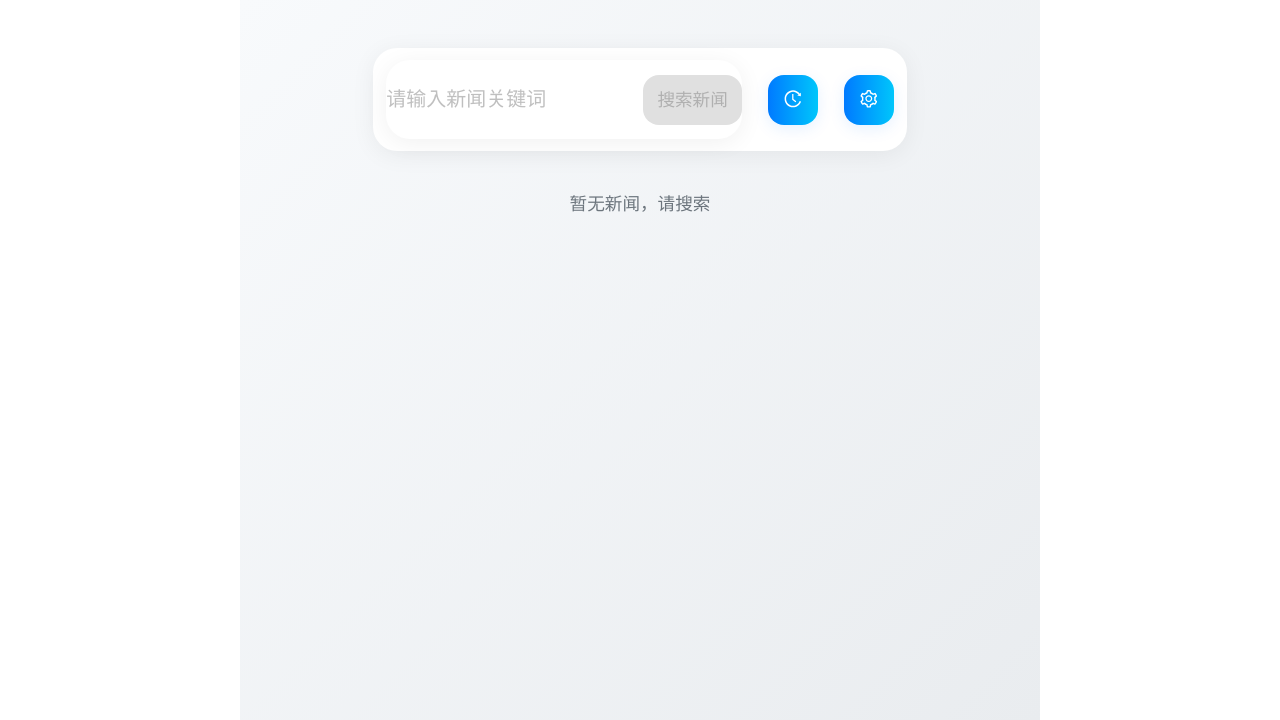
Repository: XJN7197/NewsAssistantBaseMCP
Page: / (app in frontend/)
The author's editor kept a copy of each file at every save. The page is drawn from the files as they stood at one save, then again after the next save.
The browser window is 1280 px wide. The pictures show the whole page.
The project was rebuilt for these pictures with package versions that can differ from the ones it lists, and the page was loaded fresh each time. Also part of the build but not shown: frontend/vite.config.ts, frontend/src/components/NewsCard.tsx.

Above is the page before, as saved 2025-05-25 19:56:31.

After the next save:
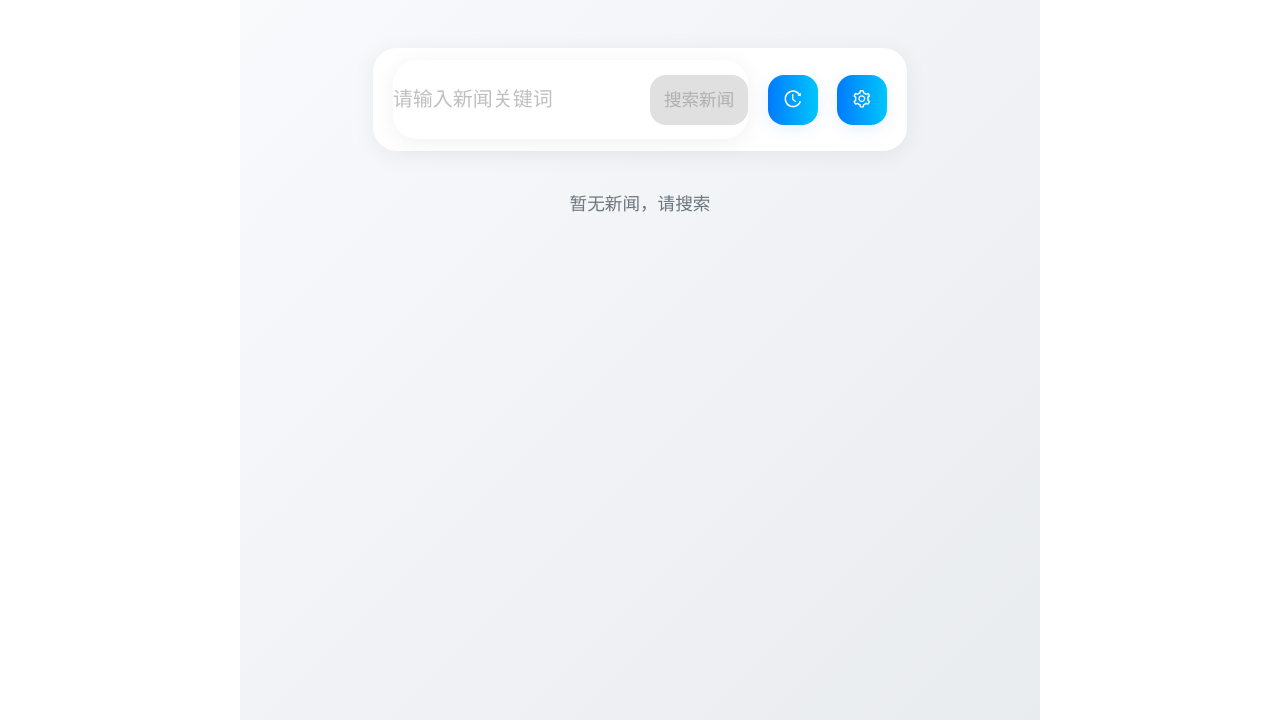
Saved 7 s later.
--- a/frontend/src/pages/Home.module.css
+++ b/frontend/src/pages/Home.module.css
@@ -11,7 +11,7 @@
 
 .search-bar {
   display: flex;
-  justify-content: space-around;
+  justify-content: space-evenly;
   align-items: center;
   position: sticky;
   top: 0;
